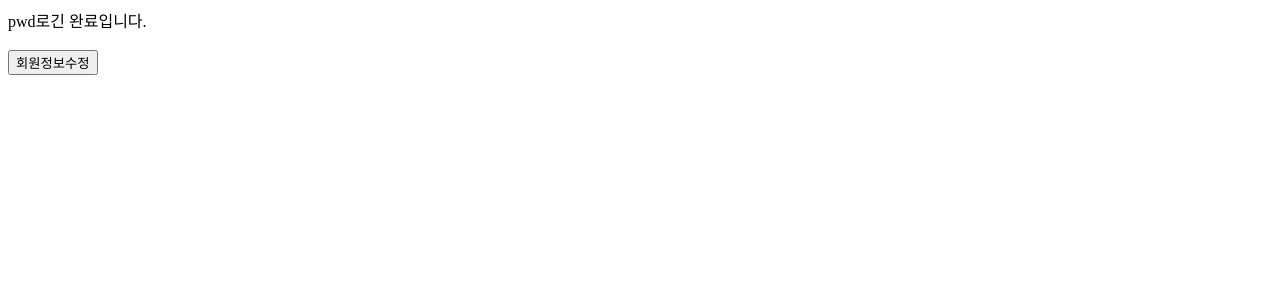
Repository: Chaelin02/2-_JSP
Page: http://localhost/BasicJSP/jdbc07/loginPro_2312.jsp
An editor plug-in stored every save of this project. The page is shown before and after the next save, followed by the edit.
The browser window is 1280 px wide. The pictures show the whole page.
The page is served by Tomcat 9. Queries for data that is not in the repository find no rows.

Above is the page before, as saved 2019-06-25 01:39:11.

After the next save:
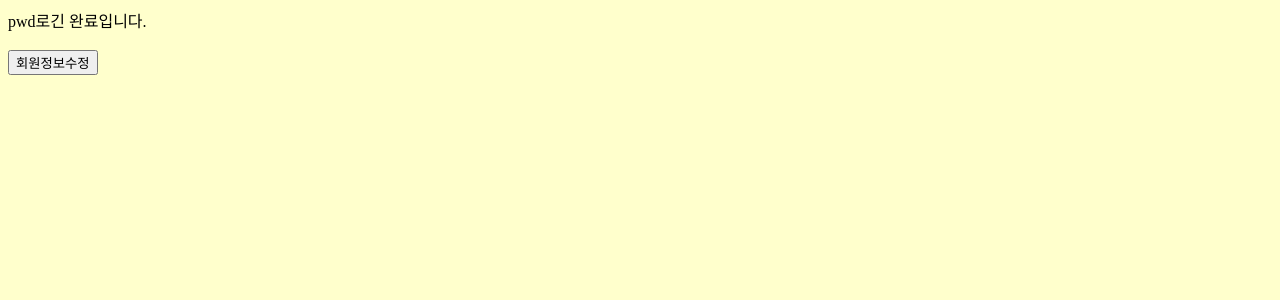
Saved 22 s later.
--- a/BasicJSP/WebContent/jdbc07/loginPro_2312.jsp
+++ b/BasicJSP/WebContent/jdbc07/loginPro_2312.jsp
@@ -74,7 +74,7 @@
 <meta charset="UTF-8">
 <title>Insert title here</title>
 </head>
-<body>
+<body bgcolor="#ffffcc">
 <form method = "post" action="update.jsp">
 <br><input type = "button" value="회원정보수정">
 </form>
